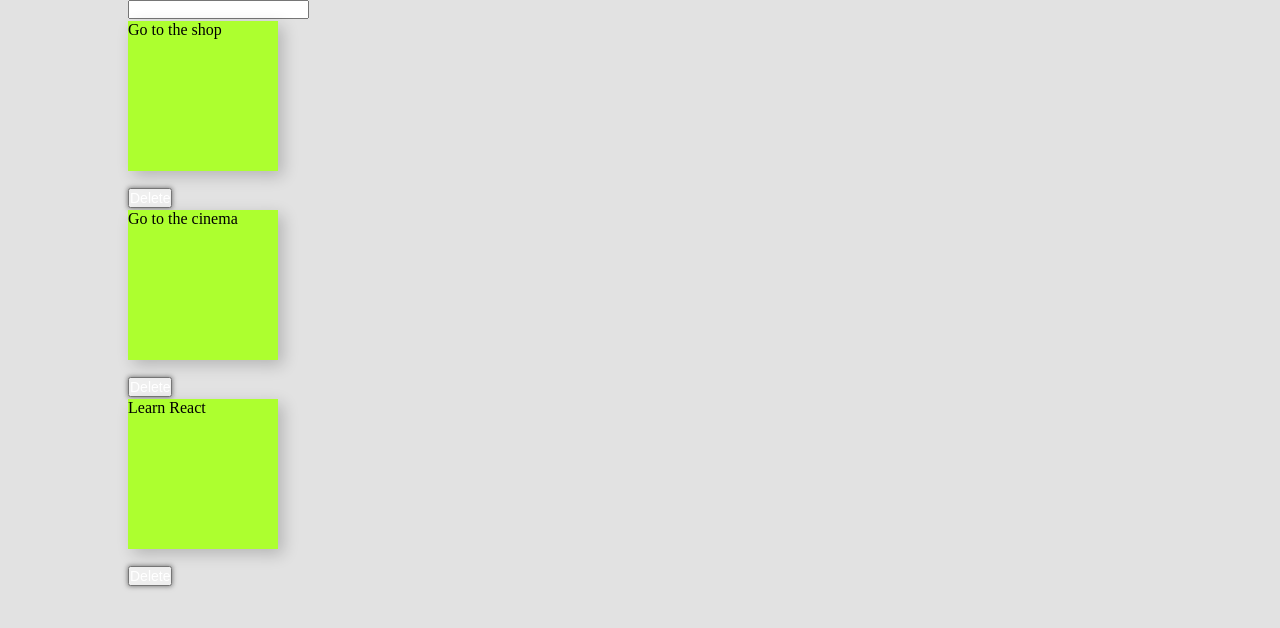
Repository: AlSemyon/13_animation
Page: /
These files come from the project's save history. The page is drawn as it stood at one moment and after the next save; the edit follows.
The browser window is 1280 px wide. The pictures show the whole page.
The project was rebuilt for these pictures with package versions that can differ from the ones it lists, and the page was loaded fresh each time.

Above is the page before, as saved 2018-12-05 20:56:52.

### public/index.html
<!DOCTYPE html>
<html lang="en">
  <head>
    <meta charset="utf-8">
    <link rel="shortcut icon" href="%PUBLIC_URL%/favicon.ico">
    <meta name="viewport" content="width=device-width, initial-scale=1, shrink-to-fit=no">
    <meta name="theme-color" content="#000000">
    <!--
      manifest.json provides metadata used when your web app is added to the
      homescreen on Android. See https://developers.google.com/web/fundamentals/web-app-manifest/
    -->
    <link rel="manifest" href="%PUBLIC_URL%/manifest.json">
    <!--
      Notice the use of %PUBLIC_URL% in the tags above.
      It will be replaced with the URL of the `public` folder during the build.
      Only files inside the `public` folder can be referenced from the HTML.

      Unlike "/favicon.ico" or "favicon.ico", "%PUBLIC_URL%/favicon.ico" will
      work correctly both with client-side routing and a non-root public URL.
      Learn how to configure a non-root public URL by running `npm run build`.
    -->
    <title>React App</title>
  </head>
  <body>
    <noscript>
      You need to enable JavaScript to run this app.
    </noscript>

    <div id="root"></div>
    <!--
      This HTML file is a template.
      If you open it directly in the browser, you will see an empty page.

      You can add webfonts, meta tags, or analytics to this file.
      The build step will place the bundled scripts into the <body> tag.

      To begin the development, run `npm start` or `yarn start`.
      To create a production bundle, use `npm run build` or `yarn build`.
    -->
  </body>
</html>

### src/index.css
@import url(http://fonts.googleapis.com/css?family=Shadows+Into+Light);

* {
    margin: 0;
    padding: 0;
    box-sizing: border-box;
}
body {
    background: #e2e2e2;
}


.container {
    max-width: 80%;
    margin: auto;
    min-height: 100vh;

}

.grid{
    display: grid;
    grid-gap: 15px;
    grid-template-columns: repeat(auto-fill, minmax(150px, 1fr))
}

.note {
    height: 150px;
    width: 150px;
    background-color: greenyellow;
    margin: 2px 0;
    position: relative;
    cursor: -webkit-grab;
    box-shadow: 5px 5px 15px 0 rgba(0, 0, 0, .2);
}

.note:active {
    cursor: -webkit-grabbing;
}

.note p {
    font-size: 22px;
    text-align: center;
    padding: 5px;
    font-family: "Shadows Into Light", Arial;
}

.note:hover > span {
    opacity: 1;
}

.note > span {
    position: absolute;
    bottom: 2px;
    right: 2px;
    opacity: 0;
    transition: opacity .25s linear;
}

.note button {
    margin: 2px;
}

.note form {
    text-align: center;
    height: 100%;
}

.note  textarea {
    width: 95%;
    max-width: 100%;
    margin-top: 1rem;
    height: 50%;
    background: rgba(255, 255, 255, .5);
    resize: none;
}

.container button {
  color: #fff;
  font-size: 14px;
  box-shadow: 0px 0px 5px 0px rgba(0, 0, 0, 0.55);
}

.add {
  margin-top: 3rem;
  background-color: #5cb85c;
  height: 3rem;
  min-width: 3rem;
}

.edit {
  background-color: #337ab7;
}

.save {
  background-color: #5cb85c;
}

.remove {
  background-color: #d9534f;
}

### src/components/App.js
import React, {Component} from 'react';
import notes from '../notes'
import Note from './Note'
import './style.css'
import Form from './Form';
import { TransitionGroup } from 'react-transition-group'

class App extends Component {s
    state = {notes: []};

    componentDidMount() {
        this.setState({notes})
    }

    addNote = (note) => this.setState({
        notes: [...this.state.notes, note]
    })

    removeNote = id => this.setState(({notes}) => ({
        notes: notes.filter(note => note.id !== id)
    }))

    eachNote = (note) =>
        <Note key={note.id} note={note} removeNote={() => this.removeNote(note.id)}/>

    render() {
        return (
            <div className="container">
            <Form addNote={this.addNote}/>
                <div className="grid">
                    <TransitionGroup
                        component="section"
                        transitionName="slide"
                        transitionEnterTimeout={500}
                        transitionLeaveTimeout={500}
                        className="list-notes">
                        <section>
                            {this.state.notes.map(this.eachNote)}
                        </section>
                    </TransitionGroup>
                </div>
            </div>
        )
    }
}

export default App;

### src/notes.json
[
    {
       "id": 1,
       "text": "Go to the shop"
   },
   {
     "id": 2,
     "text": "Go to the cinema"
   },
   {
     "id": 3,
     "text": "Learn React"
   }
]

### src/components/Note.js
import React, {Component} from 'react';


class Note extends Component {
    render() {
        const {note} = this.props;
        return(
            <div className="grid">
                <div className="note">{note.text}</div>
                <div className="button">
                    <button className="btn btn-danger" onClick={this.props.removeNote}>Delete</button>
                </div>
            </div>
        )
    }
}

export default Note;

### src/components/style.css
@import url(http://fonts.googleapis.com/css?family=Shadows+Into+Light);

* {
    margin: 0;
    padding: 0;
    box-sizing: border-box;
}
body {
    background: #e2e2e2;
}


.container {
    max-width: 80%;
    margin: auto;
    min-height: 100vh;

}

.grid{
    display: grid;
    grid-gap: 15px;
    grid-template-columns: repeat(auto-fill, minmax(150px, 1fr))
}

.note {
    height: 150px;
    width: 150px;
    background-color: greenyellow;
    margin: 2px 0;
    position: relative;
    cursor: -webkit-grab;
    box-shadow: 5px 5px 15px 0 rgba(0, 0, 0, .2);
}

.note:active {
    cursor: -webkit-grabbing;
}

.note p {
    font-size: 22px;
    text-align: center;
    padding: 5px;
    font-family: "Shadows Into Light", Arial;
}

.note:hover > span {
    opacity: 1;
}

.note > span {
    position: absolute;
    bottom: 2px;
    right: 2px;
    opacity: 0;
    transition: opacity .25s linear;
}

.note button {
    margin: 2px;
}

.note form {
    text-align: center;
    height: 100%;
}

.note  textarea {
    width: 95%;
    max-width: 100%;
    margin-top: 1rem;
    height: 50%;
    background: rgba(255, 255, 255, .5);
    resize: none;
}

.container button {
  color: #fff;
  font-size: 14px;
  box-shadow: 0px 0px 5px 0px rgba(0, 0, 0, 0.55);
}

.add {
  margin-top: 3rem;
  background-color: #5cb85c;
  height: 3rem;
  min-width: 3rem;
}

.edit {
  background-color: #337ab7;
}

.save {
  background-color: #5cb85c;
}

.remove {
  background-color: #d9534f;
}

.slide-enter {
    transform: translateX(-100%)
}

.slide-enter.slide-enter-active {
    transform: translateX(0);
    transition: transform .5s ease-out;
}

### src/components/Form.js
import React, {Component} from 'react';
import {generate as id} from "shortid"

class Form extends Component {

    state = {
        text: ''
    }

    handleChange = ({target}) => this.setState({text: target.value});

    handleSubmit = e => {
        e.preventDefault();
        if (!this.state.text.length) {
            console.log('empty string');
            return;
        }

        this.props.addNote({id: id(), text: this.state.text});
        this.setState({text: ''})
    }

    render() {
        return(
            <div className="form-group">
                <form onSubmit={this.handleSubmit}>
                    <input type="text"
                           className="form-control"
                           onChange={this.handleChange}
                           value={this.state.text}/>
                </form>
            </div>
        )
    }
}

export default Form;

Loaded but not shown: src/index.js (common file)

After the next save:
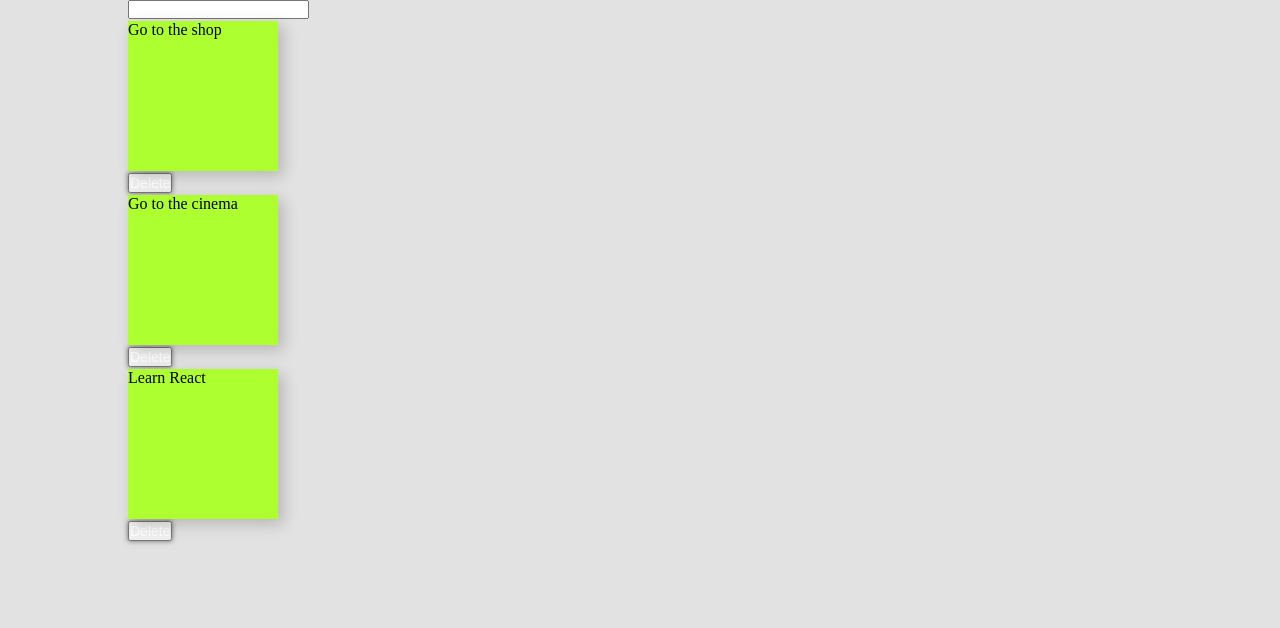
Saved 74 s later.
--- a/src/components/Note.js
+++ b/src/components/Note.js
@@ -5,7 +5,7 @@ class Note extends Component {
     render() {
         const {note} = this.props;
         return(
-            <div className="grid">
+            <div>
                 <div className="note">{note.text}</div>
                 <div className="button">
                     <button className="btn btn-danger" onClick={this.props.removeNote}>Delete</button>
